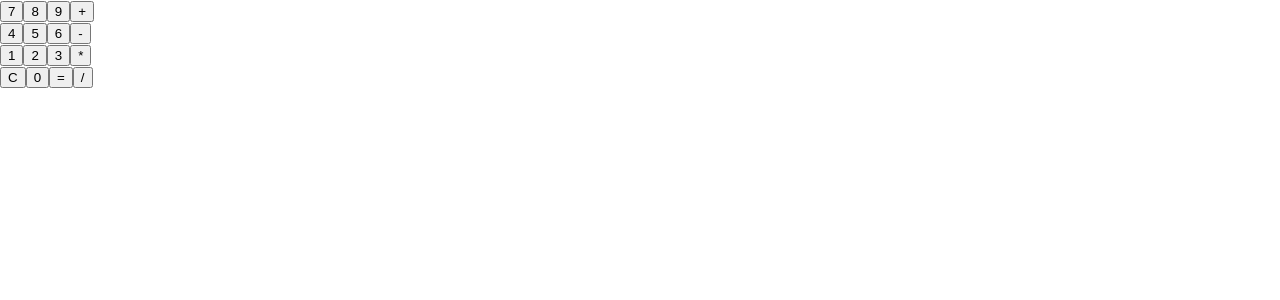
Repository: rajratangm/xcalculator
Page: /
The author's editor kept a copy of each file at every save. The page is drawn from the files as they stood at one save, then again after a run of saves.
The browser window is 1280 px wide. The pictures show the whole page.
The project was rebuilt for these pictures with package versions that can differ from the ones it lists, and the page was loaded fresh each time. Also part of the build but not shown: vite.config.js.

Above is the page before, as saved 2024-04-02 19:58:35.

After the next 5 saves:
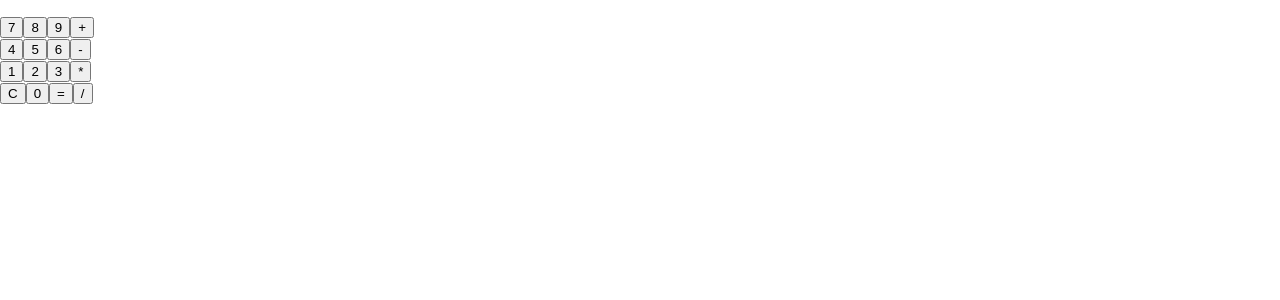
The 5 saves are shown as one change because they came seconds apart.
The last was saved 74 s later.
--- a/src/App.jsx
+++ b/src/App.jsx
@@ -29,6 +29,7 @@
 
     <div className='calculator-wrapper'>
       <Input text= {text} result = {result}/>
+      <p>{text}</p>
    <div className='row'>
     <Button symbol='7' handlleClick={addToText}/>
     <Button symbol='8'handlleClick={addToText}/>

After the save that followed:
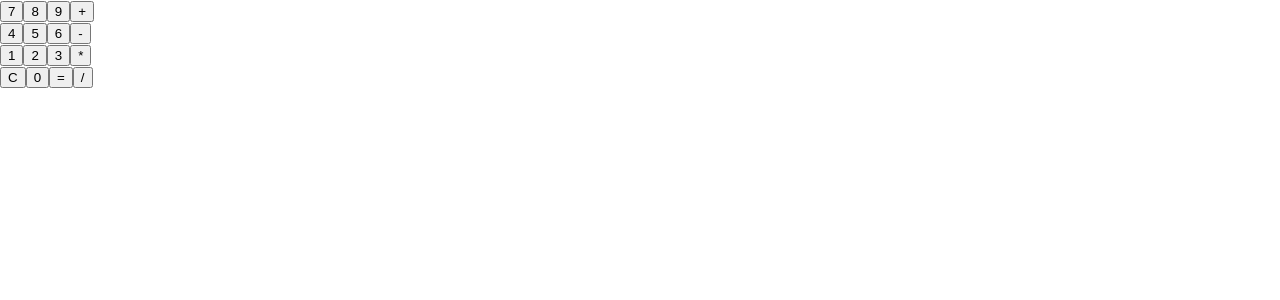
Saved 3 min 58 s later.
--- a/src/App.jsx
+++ b/src/App.jsx
@@ -1,68 +1,60 @@
-import {useState} from 'react'
-import Button from './Component/Button/Button'
-import Input from './Component/Input/Input'
-// import './App.css'
-import { evaluate } from 'mathjs'
-// import Keyboard from './Component/Keyboard'
+import React, { useState } from 'react';
+import Button from './Component/Button/Button';
+import Input from './Component/Input/Input';
+import { evaluate } from 'mathjs';
 
 function App() {
-  const [text, setText]= useState('')
-  const [result, setResult]= useState('')
+  const [text, setText] = useState('');
+  const [result, setResult] = useState('');
 
-  const addToText=(val)=>{
+  const addToText = (val) => {
+    setText((prevText) => prevText + val);
+  };
 
-    setText((text)=>[...text, val +' '])
-  }
+  const resetInput = () => {
+    setText('');
+    setResult('');
+  };
 
-  const resetInput=()=>{
-    setText('');
-    setResult('')
-  }
-
-  const calculateResult=()=>{
-    const input= text.join('')
-    setResult(evaluate(input))
-  }
+  const calculateResult = () => {
+    try {
+      setResult(evaluate(text));
+    } catch (error) {
+      setResult('Error');
+    }
+  };
 
   return (
     <div className='App'>
+      <div className='calculator-wrapper'>
+        <Input text={text} result={result} />
+        <div className='row'>
+          <Button symbol='7' handleClick={addToText} />
+          <Button symbol='8' handleClick={addToText} />
+          <Button symbol='9' handleClick={addToText} />
+          <Button symbol='+' handleClick={addToText} />
+        </div>
+        <div className='row'>
+          <Button symbol='4' handleClick={addToText} />
+          <Button symbol='5' handleClick={addToText} />
+          <Button symbol='6' handleClick={addToText} />
+          <Button symbol='-' handleClick={addToText} />
+        </div>
+        <div className='row'>
+          <Button symbol='1' handleClick={addToText} />
+          <Button symbol='2' handleClick={addToText} />
+          <Button symbol='3' handleClick={addToText} />
+          <Button symbol='*' handleClick={addToText} />
+        </div>
+        <div className='row'>
+          <Button symbol='C' handleClick={resetInput} />
+          <Button symbol='0' handleClick={addToText} />
+          <Button symbol='=' handleClick={calculateResult} />
+          <Button symbol='/' handleClick={addToText} />
+        </div>
+      </div>
+    </div>
+  );
+}
 
-    <div className='calculator-wrapper'>
-      <Input text= {text} result = {result}/>
-      <p>{text}</p>
-   <div className='row'>
-    <Button symbol='7' handlleClick={addToText}/>
-    <Button symbol='8'handlleClick={addToText}/>
-    <Button symbol='9'handlleClick={addToText}/>
-    <Button symbol='+' handlleClick={addToText}/>
-
-   </div>
-   <div className='row'>
-   <Button symbol='4'handlleClick={addToText}/>
-    <Button symbol='5' handlleClick={addToText}/>
-    <Button symbol='6'handlleClick={addToText}/>
-    <Button symbol='-'handlleClick={addToText}/>
-
-   </div>
-   <div className='row'>
-   <Button symbol='1'handlleClick={addToText}/>
-    <Button symbol='2'handlleClick={addToText}/>
-    <Button symbol='3'handlleClick={addToText}/>
-    <Button symbol='*'handlleClick={addToText}/>
-
-   </div>
-
-
-   <div className='row'>
-   <Button symbol='C' handlleClick={resetInput}/>
-    <Button symbol='0'handlleClick={addToText}/>
-    <Button symbol='=' handlleClick={calculateResult}/>
-    <Button symbol='/' handlleClick={addToText}/>
-
-   </div>
-    </div>
-
-    </div>
-  )
-  }
-export default App
+export default App;
